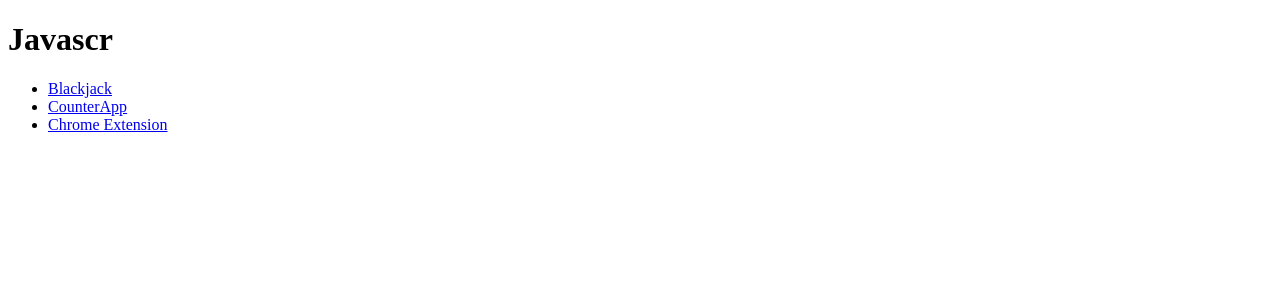
Repository: Siphamandla201/Javascript-Journey
Page: main.html
These files come from the project's save history. The page is drawn as it stood at one moment and after the next save; the edit follows.
The browser window is 1280 px wide. The pictures show the whole page.

Above is the page before, as saved 2023-07-27 14:56:56.

### main.html
<!DOCTYPE html>
<html lang="en">
<head>
    <meta charset="UTF-8">
    <meta name="viewport" content="width=device-width, initial-scale=1.0">
    <title>Document</title>
</head>
<body>
    <h1>
        Javascr
    </h1>
    <ul>
        <li><a href="./Blackjack/Blackjack.html">Blackjack</a></li>
        <li><a href="./CounterApp/Counter.html">CounterApp</a></li>
        <li><a href="./Extension/index.js">Chrome Extension</a></li>
    </ul>
</body>
</html>

After the next save:
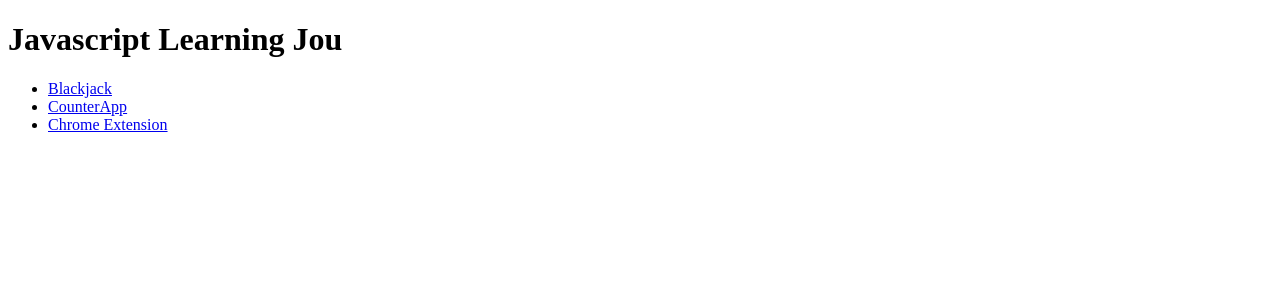
Saved 7 s later.
--- a/main.html
+++ b/main.html
@@ -7,7 +7,7 @@
 </head>
 <body>
     <h1>
-        Javascr
+        Javascript Learning Jou
     </h1>
     <ul>
         <li><a href="./Blackjack/Blackjack.html">Blackjack</a></li>
